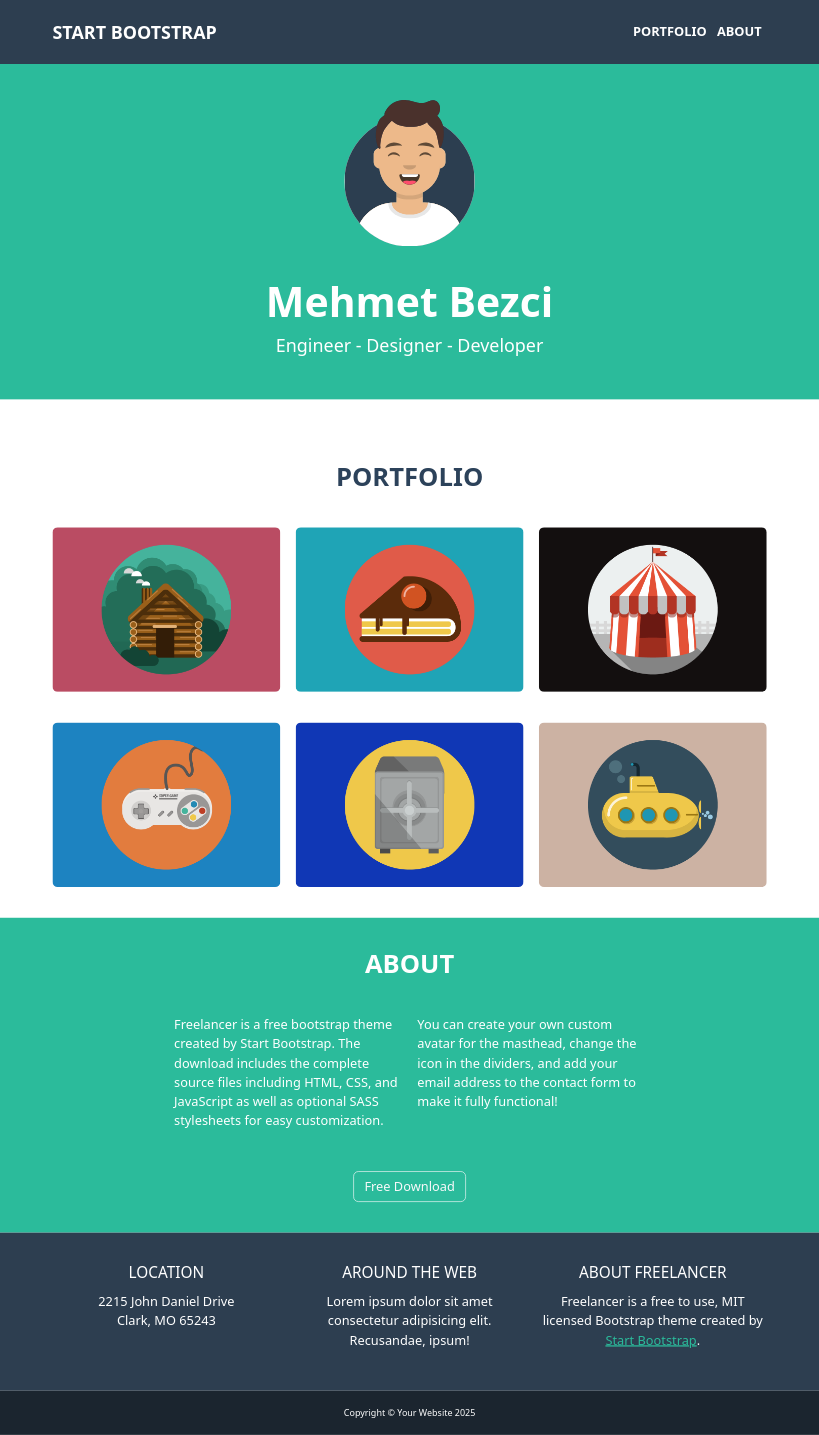
Repository: 7JaxeN7/WT-1255P-Mehmet_BEZC-
Page: index.html
These files come from the project's save history. The page is drawn as it stood at one moment and after a run of saves; the edit follows.
The browser window is 1280 px wide. The pictures show the whole page, at 64% of full size.

Above is the page before, as saved 2025-01-07 01:04:22.

After the next 3 saves:
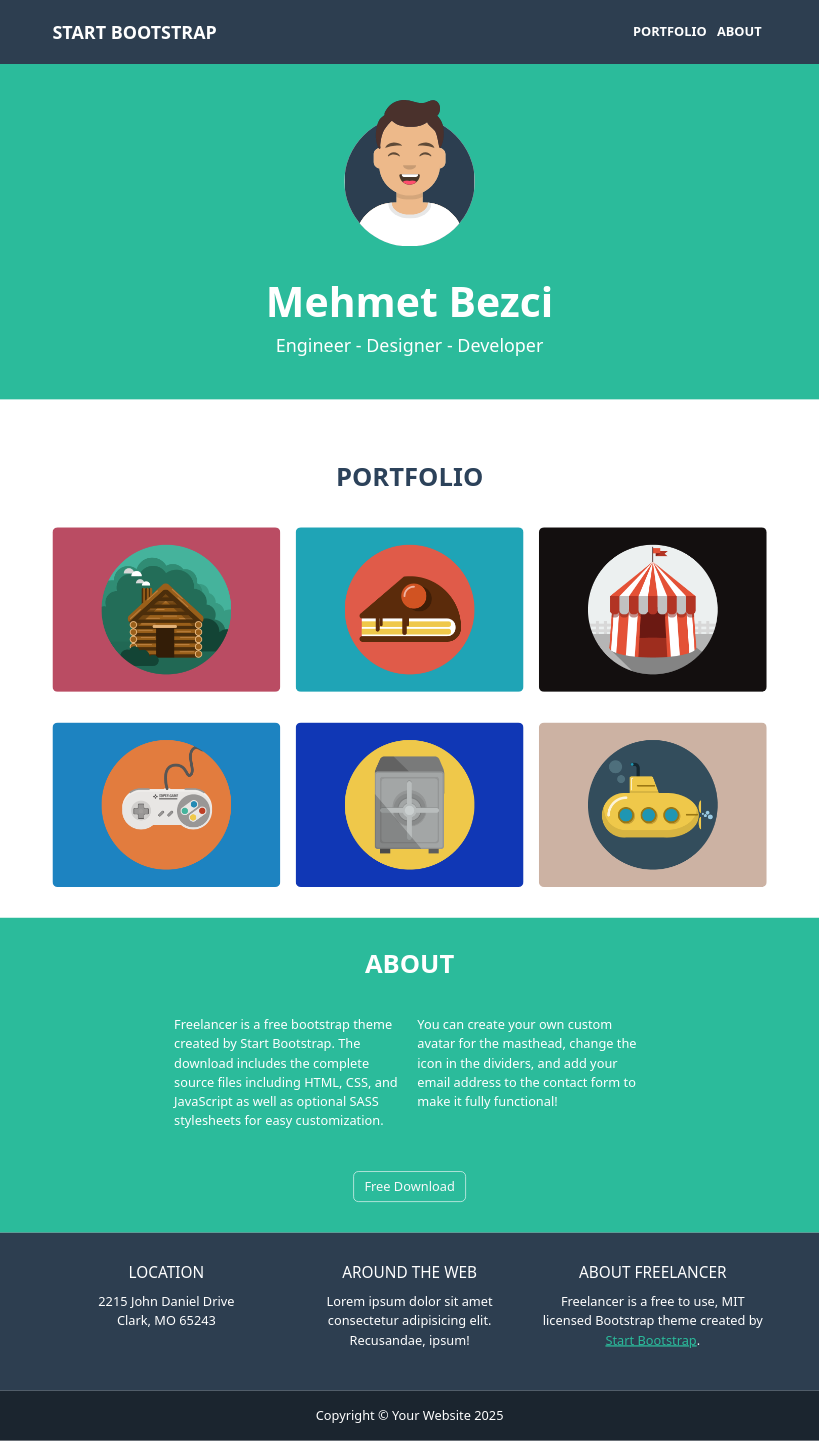
The 3 saves are shown as one change because they came seconds apart.
The last was saved 31 s later.
--- a/index.html
+++ b/index.html
@@ -117,7 +117,7 @@
       </div>
     </div>
   </footer>
-  <div class="copyright-section copyright-bg py-4 pb-4 text-white text-center small">
+  <div class="copyright-section copyright-bg py-4 pb-4 fs-5 text-white text-center small">
     Copyright &#169; Your Website 2025
   </div>
   <!-- Burası bootstrap script kısmı -->

After the save that followed:
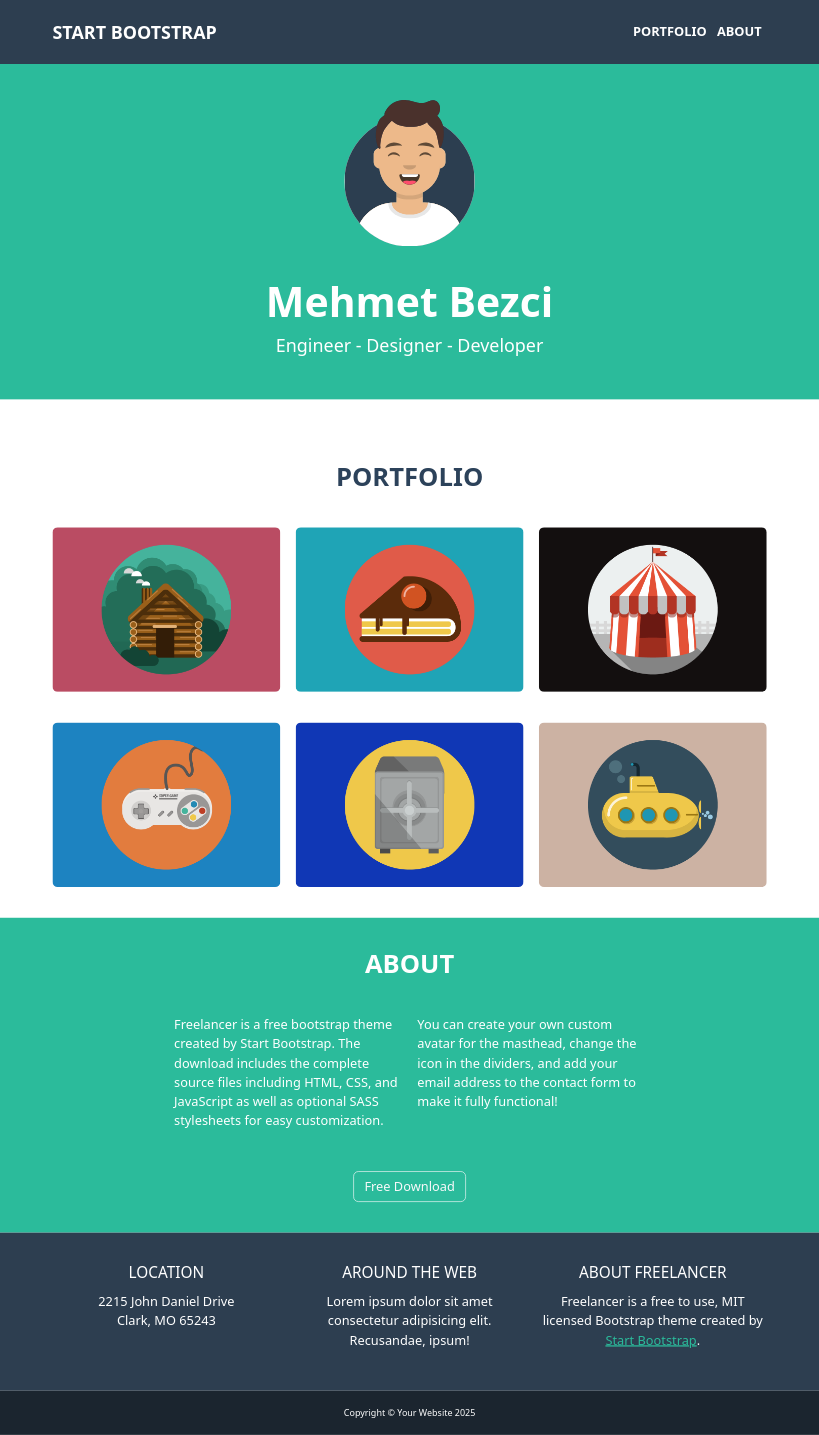
Saved 9 s later.
--- a/index.html
+++ b/index.html
@@ -117,7 +117,7 @@
       </div>
     </div>
   </footer>
-  <div class="copyright-section copyright-bg py-4 pb-4 fs-5 text-white text-center small">
+  <div class="copyright-section copyright-bg py-4 pb-4 text-white text-center small">
     Copyright &#169; Your Website 2025
   </div>
   <!-- Burası bootstrap script kısmı -->
